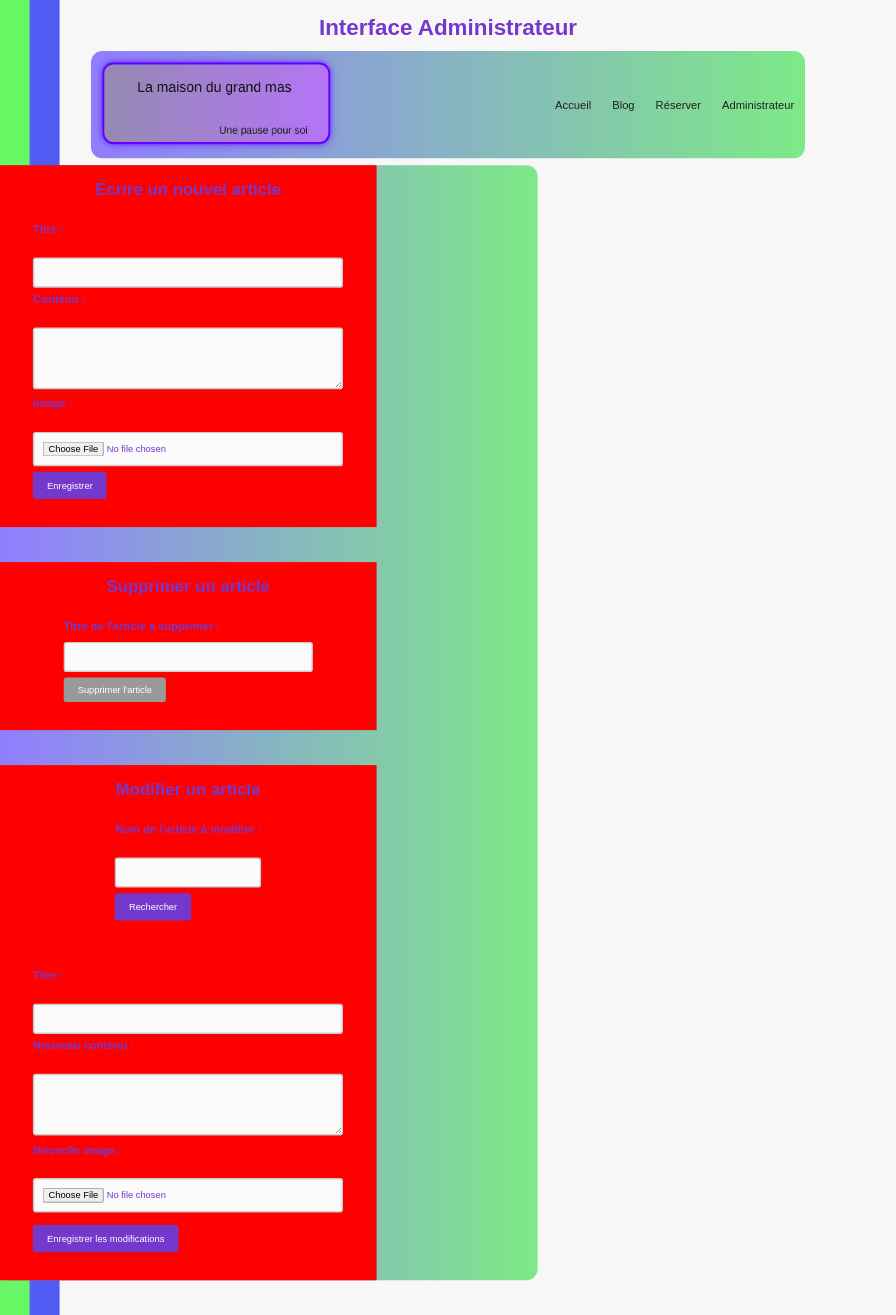
Repository: Crosnierpaul/Les_Rangers_de_Pouvoir
Page: http://localhost/adminBlog
The author's editor kept a copy of each file at every save. The page is drawn from the files as they stood at one save, then again after a run of saves.
The browser window is 1280 px wide. The pictures show the whole page, at 70% of full size.
Backgrounds fixed to the window are drawn as part of the page. The page is served by the project's Node server (site/server.js). Other server files are loaded and not shown.

Above is the page before, as saved 2024-05-07 16:51:39.

### site/public/views/blogAdmin.ejs
<!DOCTYPE html>
<html lang="fr">
<head>
    <meta charset="UTF-8">
    <meta name="viewport" content="width=device-width, initial-scale=1.0">
    <title>Interface Administrateur</title>
    <link rel="stylesheet" href="/css/style.css">
    <link rel="stylesheet" href="/css/blogAdmin.css">
    <!-- Utilisation du chemin absolu pour le fichier CSS -->
</head>
<body>
        <h1>Interface Administrateur</h1>
        <%- include('navbarAdmin') %>

        <div class="container">
    <section>
        <h2>Ecrire un nouvel article</h2>
        <form id="articleForm">
            <label for="title">Titre :</label><br>
            <input type="text" id="title" name="title" required><br>
            <label for="content">Contenu :</label><br>
            <textarea id="content" name="content" rows="4" cols="50" required></textarea><br>
            <label for="image">Image :</label><br>
            <input type="file" id="image" name="image"><br>
            <input type="submit" value="Enregistrer">
        </form>
    </section>

    <section>
        <h2>Supprimer un article</h2>
         <form id="deleteArticleForm">
            <label for="articleTitleToDelete">Titre de l'article à supprimer :</label>
            <input type="text" id="articleTitleToDelete" name="articleTitleToDelete">
            <button type="submit">Supprimer l'article</button>
        </form>
    </section>

    <section >
        <h2>Modifier un article</h2>
        <form id="searchArticleForm">
            <label for="searchTitle">Nom de l'article à modifier :</label><br>
            <input type="text" id="searchTitle" name="searchTitle" required><br>
            <input type="submit" value="Rechercher">
        </form>

        <form id="editArticleForm">
            <label for="editTitle">Titre :</label><br>
            <input type="text" id="editTitle" name="editTitle" readonly required><br>
            <label for="editContent">Nouveau contenu :</label><br>
            <textarea id="editContent" name="editContent" rows="4" cols="50" required></textarea><br>
            <label for="editImage">Nouvelle image :</label><br>
            <input type="file" id="editImage" name="editImage"><br>
            <input type="submit" value="Enregistrer les modifications" id="saveChanges">
        </form>
    </section>
</div>

    <script src="/js/blogAdmin.js"></script> <!-- Utilisation du chemin absolu pour le fichier JavaScript -->
</body>
</html>

### site/public/views/navbarAdmin.ejs
<!DOCTYPE html>
<html lang="fr">
<head>
    <meta charset="UTF-8">
    <meta name="viewport" content="width=device-width, initial-scale=1.0">
    <title>Navbar</title>
    <link href="/css/navbar.css" rel="stylesheet">
</head>
<body>
    <header>
        <nav class="navbar navbar-expand-md navbar-light">
            <div class="container">
                <!-- Ajouter le bouton de bascule pour les petits écrans
                <button class="navbar-toggler" type="button" data-toggle="collapse" data-target="#navbarSupportedContent" aria-controls="navbarSupportedContent" aria-expanded="false" aria-label="Toggle navigation">
                    <span class="navbar-toggler-icon"></span>
                </button> -->
                <div class="collapse navbar-collapse justify-content-center" id="navbarSupportedContent">
                    <ul class="navbar-nav d-flex justify-content-start">
                        <li id="liLogo">
                            <img id="logo" src="/images/logo.png"/>
                        </li>
                        <li class="nav-item">
                            <a class="nav-link" href="/">Accueil</a>
                        </li>
                        <li class="nav-item">
                            <a class="nav-link" href="/blog">Blog</a>
                        </li>
                        <li class="nav-item">
                            <a class="nav-link" href="/entretien">Réserver</a>
                        </li>
                        <li class="nav-item">
                            <a class="nav-link" href="/admin">Administrateur</a>
                        </li>
                        </ul>
                    </div>
                </div>
            </div>
        </nav>
    </header>

    <!-- Inclure jQuery (requis pour Bootstrap JavaScript)
    <script src="https://ajax.googleapis.com/ajax/libs/jquery/3.5.1/jquery.min.js"></script>
    Inclure Bootstrap JavaScript
    <script src="https://stackpath.bootstrapcdn.com/bootstrap/4.5.2/js/bootstrap.bundle.min.js"></script> -->
</body>
</html>

<script>
    // Attendez que le DOM soit chargé
    document.addEventListener("DOMContentLoaded", function() {
        // Récupérez l'URL de la page actuelle
        var currentLocation = window.location.href.substring("http://localhost:3000".length);

        // Sélectionnez tous les liens de la navbar
        var navLinks = document.querySelectorAll('.navbar-nav .nav-item');

        // Parcourez chaque lien pour vérifier s'il correspond à la page active
        navLinks.forEach(function(navItem) {
            var link = navItem.querySelector('.nav-link');
            var linkHref = link.getAttribute('href');

            // Vérifiez si l'URL de la page actuelle correspond à l'URL du lien dans la navbar
            if (currentLocation === linkHref) {
                // Ajoutez la classe 'active' à l'élément parent (li) correspondant
                navItem.classList.add('active');
            }
        });
    });
</script>

### site/server.js
const express = require('express');
const mongoose = require('mongoose');
const semainesRoutes = require('./routes/semainesRoutes');
const articleRoutes = require('./routes/articleRoutes');
const reservationsRoutes = require('./routes/reservationsRoutes');
const entretienRoutes = require('./routes/entretienRoutes');
const path = require('path');

const app = express();
const PORT = process.env.PORT || 3000;

//----------- Connect to MongoDB -----------//
mongoose.connect('mongodb://localhost:27017/siteDB', { useNewUrlParser: true, useUnifiedTopology: true })
    .then(() => {
        console.log('Connected to MongoDB');
        app.listen(PORT, () => {
            console.log(`Server is running on port ${PORT}`);
        });
    })
    .catch(err => console.error('Error connecting to MongoDB:', err));

//----------- Middleware -----------//
app.use(express.json());

app.use(express.static(path.join(__dirname, 'public')));

//----------- View engine setup -----------//
app.set('views', path.join(__dirname, 'public', 'views'));

app.set('view engine', 'ejs');

//----------- Routes -----------//
app.use('/semaines', semainesRoutes);
app.use('/reservations', reservationsRoutes);
app.use('/articles', articleRoutes);
app.use('/entretiens', entretienRoutes);

app.get('/', (req, res) => {
    res.render('index');
});

app.get('/blog', (req, res) => {
    res.render('blog');
});

app.get('/reservation', (req, res) => {
    res.render('reservation');
});

app.get('/admin', (req, res) => {
    res.render('admin');
});

app.get('/adminBlog', (req, res) => {
    res.render('blogAdmin');
});

app.get('/adminReservation', (req, res) => {
    res.render('reservationAdmin');
});

app.get('/entretien', (req, res) => {
    res.render('entretien');
});

app.get('/adminEntretien', (req, res) => {
    res.render('entretienAdmin');
});

app.get('/adminAccueil', (req, res) => {
    res.render('accueilAdmin');
});

### site/public/css/style.css

body {
    font-family: Arial, sans-serif;
    margin: 20px;
    padding: 0;
    background-image: url(../images/layered-waves-haikei.png);
    background-size: cover;
    background-repeat: no-repeat;
    background-attachment: fixed;
}

h1, h2 {
    text-align: center;
    margin-bottom: 5px;
    color: #7439cc;
}


form {
    margin-bottom: 30px;
}

label {
    display: block;
    margin-bottom: 5px;
    color: #7439cc;
}

input[type="text"],
textarea,
input[type="file"] {
    width: 100%;
    padding: 10px;
    margin-bottom: 15px;
    border: 1px solid #191919;
    border-radius: 4px;
    box-sizing: border-box;
    background-color: #fbfbfb;
    color: #7439cc;
}

input[type="submit"],
button[type="submit"] {
    display: inline-block;
    background-color: #999;
    color: #fff;
    padding: 10px 20px;
    margin-bottom: 10px;
    border: none;
    border-radius: 4px;
    cursor: pointer;
}

input[type="submit"]:hover,
button[type="submit"]:hover {
    background-color: #ccc;
    color: #333;
}

#clearArticles,
#deleteArticle {
    margin-right: 10px;
}

@media (max-width: 480px) {
    #deleteArticle,
    #deleteLastArticle {
        width: 100%;
        display: block;
        margin-right: 0;
    }
}

#articlesList {
    background-color: #333;
}

/*------------------------- CONTAINER ET INFOS INFOS ACCUEIL ---------------------------------------------*/

.bordertitle {
    border-bottom: 4px solid #e9de02;
    border-top: 4px solid #e9de02;
    box-shadow: #e9de024e -5px 5px, rgba(240, 46, 170, 0.3) -10px 10px, rgba(240, 46, 170, 0.2) -15px 15px, rgba(240, 46, 170, 0.1) -20px 20px, rgba(240, 46, 170, 0.05) -25px 25px;
}


.containerindex {
    display: flex;
    flex-direction: column;
    min-width: 40em;
    max-width: 120em;
    align-items: center;
    border-radius: 48px 10px 46px 10px;
    -webkit-border-radius: 48px 10px 46px 10px;
    -moz-border-radius: 48px 10px 46px 10px;
    background-image: url(../images/blob-scene-haikei.png);
    background-repeat: no-repeat;
    background-size: cover;
}
.row {
    display: flex;
    justify-content: center; /* Espacement égal entre les éléments */
    width: 100%;
}

.card {
    --background: linear-gradient(to left, #7439cc 0%, #1ae42b 100%);
    max-width: 100%;
    max-height: 100%;
    padding: 5px;
    border-radius: 1rem;
    overflow: visible;
    background: #f7ba2b;
    background: var(--background);
    position: relative;
    z-index: 1;
    margin: 20px;
    margin-top: 15px;
}

.card::after {
    position: absolute;
    content: "";
    top: 30px;
    left: 0;
    right: 0;
    z-index: -1;
    height: 100%;
    width: 100%;
    transform: scale(0.8);
    filter: blur(25px);
    background: #f7ba2b;
    background: var(--background);
    transition: opacity .5s;
}

.card-info {
    --color: #f4f4f4;
    background: var(--color);
    color: var(--color);
    display: flex;
    flex-direction: column; /* Affichage en colonnes */
    justify-content: center;
    align-items: center;
    width: 100%;
    height: 100%;
    overflow: visible;
    border-radius: .7rem;
}

.card .title {
    font-weight: bold;
}

/*Hover*/
.card:hover::after {
    opacity: 0;
}

.card:hover .card-info {
    color: #f7ba2b;
    transition: color 1s;
}

/* Ajouter un espace de 25px entre les deux cartes du haut */
.row:first-child .col-6 {
    margin-right: 25px;
}

/* Centrer la carte du bas */
.row:last-child {
    justify-content: center;
}

.row {
    display: flex;
    justify-content: center;
    width: 100%;
    flex-direction: row;
    flex-wrap: nowrap;
    align-content: center;
    align-items: center;
}


/*------------------------- ONEPAGE ---------------------------------------------*/

body {
    font-family: Arial, sans-serif;
    margin: 0;
    padding: 0;
    box-sizing: border-box;
    overflow-x: hidden; /* Empêche le défilement horizontal d'apparaître */
}

.navbarHori {
    position: fixed;
    top: 50%; /* Positionne la barre de navigation à 50% du haut de la fenêtre */
    transform: translateY(-50%); /* Déplace la barre de navigation vers le haut de moitié de sa propre hauteur */
    right: 10px; /* Ajoute un espace à droite pour éviter le chevauchement avec la barre de défilement */
    width: 20px; /* Largeur réduite de la barre de navigation */
    height: calc(100vh - 50vh); /* Hauteur de la barre de navigation (100% de la hauteur moins 50% de la hauteur) */
    background-color: rgb(156, 255, 164);
    display: flex;
    flex-direction: column;
    align-items: center;
    justify-content: center;
    border-radius: 15px;
    opacity: 0.2; /* Définit l'opacité initiale à 0 (invisible) */
    transition: opacity 0.3s ease; /* Ajoute une transition sur l'opacité */
}

.navbarHori:hover {
    opacity: 1; /* Rend la barre de navigation visible au survol */
}

.navbarHori a {
    text-decoration: none;
    margin-bottom: 18px; /* Réduit légèrement l'espacement entre les points */
    width: 10px; /* Largeur réduite du point */
    height: 10px; /* Hauteur réduite du point */
    border-radius: 50%; /* Pour rendre le point rond */
    background-color: #fff;
    display: flex;
    align-items: center;
    justify-content: center;
    transition: transform 0.2s ease; /* Ajoute une transition sur la propriété transform */
}

.navbarHori a:hover {
    transform: scale(0.9); /* Réduit légèrement la taille du point au survol */
}

.navbarHori a:active {
    transform: scale(0.8); /* Réduit davantage la taille du point lorsque pressé */
    /* background-color: #666; /* Change la couleur de fond du point lorsque pressé */
    opacity: 0;
}

.baniere {
    display: flex;
    flex-direction: column;
    align-items: center;
    justify-content: center;
    padding: 50px;
    margin: 1em;
    background-image: url(https://www.barnes-international.com/images/titres_personnalises/-titre-lhYBl.jpg);
    height: 60vh;
    border-radius: 1em;
}

.section {
    display: flex;
    flex-direction: column;
    align-items: center;
    padding: 50px;
    margin-top: 80px;
    /* background-image: url(https://img.freepik.com/vecteurs-premium/fond-remplissage-motif-repetition-sans-soudure_74869-1234.jpg?size=626&ext=jpg&ga=GA1.1.1413502914.1713571200&semt=ais); */
    /* --background: linear-gradient(to bottom, #ffffff 0%, #999999 100%);
    background: var(--background); */
    background-color: #eeeeee00;
    max-height: 400vh;
    min-height: 100vh;
}

.section h1 {
    text-align: center;
    margin-top: -20px;
    margin-bottom: 20px;
    color : #7439cc;
}

.section ul {
    list-style-type: none;
    padding: 0;
    margin: 0;
}

.section ul li {
    margin-right: 1em;
    margin-left: 1em;
    position: relative;
    padding-left: 20px;
    margin-bottom: 8px;
    font-size: 18px; /* Taille de texte ajustée */
    line-height: 1.6;
    color: #7439cc;
    font-family: "Arial", sans-serif; /* Changement de police */
}

/* Affiche la section correspondante lorsqu'un point est survolé */
.navbarHori a:hover::before {
    content: attr(data-section); /* Affiche le nom de la section */
    position: absolute;
    right: 180%; /* Positionne le texte à gauche de la barre de navigation */
    background-color: rgba(255, 255, 255, 0.9); /* Couleur de fond du texte */
    padding: 5px;
    border-radius: 5px;
    font-size: 14px;
    white-space: nowrap;
}

@media (max-width: 768px) { /* Ajout de la règle media query pour les tailles de vue inférieures à 768px, qui est généralement utilisée pour les tablettes et les téléphones */
    .navbarHori {
        position: fixed;
        top: 50%;
        transform: translateY(-50%); /* Déplace la barre de navigation vers le haut de moitié de sa propre hauteur */
        height: auto;
        transform: none; /* Supprime la transformation de translation */
        opacity: 1; /* Rend la barre de navigation toujours visible */
        background-color: rgb(156, 255, 164); /* Couleur de fond */
    }

    .navbarHori:hover,
    .navbarHori a:hover,
    .navbarHori a:active {
        transform: none; /* Supprime la transformation au survol ou à l'activation */
        opacity: 1; /* Rend la barre de navigation toujours visible */
    }

    .navbarHori a::before {
        display: none; /* Cache le texte de section avant le survol */
    }
}

#articlesList div {
    background-color: #f9f9f9;
    border-radius: 1em;
    margin: 1em;
    padding-top: 2vh;
    padding-bottom: 2vh;
    padding-left: 5vh;
    padding-right: 5vh;
}

#articlesList p, #articlesList h2 {
    color: #7439cc;
}

#articlesList {
    background-color: transparent;
}

### site/public/css/blogAdmin.css

/* Style pour le formulaire d'ajout d'article */
#articleForm {
    margin-top: 30px;
}

/* Style pour le formulaire de suppression d'article */
#deleteArticleForm {
    margin-top: 30px;
}

/* Style pour le formulaire de recherche d'article */
#searchArticleForm {
    margin-top: 30px;
}

/* Style pour le formulaire de modification d'article */
#editArticleForm {
    margin-top: 30px;
}

/* Style pour les étiquettes des formulaires */
label {
    font-weight: bold;
}
/* Styles pour les sections */
section {
    margin-bottom: 50px;
    width: 70%;
    display: flex;
    flex-direction: column;
    align-items: center;
    background-color: red;
}

/* Style pour les titres des sections */
h1, h2 {
    text-align: center;
}

/* Style pour les champs de saisie et les zones de texte */
input[type="text"],
input[type="file"],
textarea {
    width: 100%;
    padding: 12px;
    margin: 8px 0;
    box-sizing: border-box;
    border: 2px solid #ccc;
    border-radius: 4px;
    outline: none;
    transition: border-color 0.3s;
}

/* Style pour les champs de saisie et les zones de texte au survol */
input[type="text"]:focus,
input[type="file"]:focus,
textarea:focus {
    border-color: #7439cc;
}

/* Style pour les boutons */
input[type="submit"],
button {
    background-color: #7439cc;
    color: white;
    padding: 12px 20px;
    border: none;
    border-radius: 4px;
    cursor: pointer;
    transition: background-color 0.3s;
}

/* Style pour les boutons au survol */
input[type="submit"]:hover,
button:hover {
    background-color: #5f2982;
}
/* Style pour les boutons de modification */
#saveChanges {
    margin-top: 10px;
}

/* Style pour les messages d'erreur */
.error {
    color: red;
    margin-top: 5px;
}

### site/public/css/navbar.css
.start-header {
	opacity: 1;
	transform: translateY(0);
	padding: 20px 0;
	box-shadow: 0 10px 30px 0 rgba(138, 155, 165, 0.15);
	-webkit-transition : all 0.3s ease-out;
	transition : all 0.3s ease-out;
}

.start-header.scroll-on {
	box-shadow: 0 5px 10px 0 rgba(138, 155, 165, 0.15);
	padding: 10px 0;
	-webkit-transition : all 0.3s ease-out;
	transition : all 0.3s ease-out;
}

.start-header.scroll-on .navbar-brand img{
	height: 24px;
	-webkit-transition : all 0.3s ease-out;
	transition : all 0.3s ease-out;
}

.navigation-wrap{
	position: fixed;
	width: 100%;
	top: 0;
	left: 0;
	z-index: 1000;
	-webkit-transition : all 0.3s ease-out;
	transition : all 0.3s ease-out;
}

.navbar {
    padding: 10px 0;
    display: flex;
    justify-content: center;
	margin-left: 1em;
  	margin-right: 1em;
}

.navbar-toggler {
	float: right;
	border: none;
	padding-right: 0;
	padding-left: 0;

}

.navbar-toggler:active,
.navbar-toggler:focus {
	outline: none;
}

.navbar-light .navbar-toggler-icon {
	width: 24px;
	height: 17px;
	background-image: none;
	position: relative;
	border-bottom: 1px solid #000;
    transition: all 300ms linear;
}

.navbar-light .navbar-toggler-icon:after,
.navbar-light .navbar-toggler-icon:before{
	width: 24px;
	position: absolute;
	height: 1px;
	background-color: #000;
	top: 0;
	left: 0;
	content: '';
	z-index: 2;
    transition: all 300ms linear;
}

.navbar-light .navbar-toggler-icon:after{
	top: 8px;
}

.navbar-toggler[aria-expanded="true"] .navbar-toggler-icon:after {
	transform: rotate(45deg);
}

.navbar-toggler[aria-expanded="true"] .navbar-toggler-icon:before {
	transform: translateY(8px) rotate(-45deg);
}

.navbar-toggler[aria-expanded="true"] .navbar-toggler-icon {
	border-color: transparent;
}

.nav-link{
	color: #212121 !important;
	font-weight: 500;
    transition: all 200ms linear;
}

.nav-item.active .nav-link{
	color: #7439cc  !important;
}

/* LIGNE SOUS LIEN APRES SOURIS DESSUS */

.nav-link {
	position: relative;
	padding: 5px 0 !important;
	display: inline-block;
}

.nav-item:after {
	position: absolute;
	bottom: -5px;
	left: 0;
	width: 100%;
	height: 2px;
	content: '';
	background-color: #7439cc ;
	opacity: 0;
    transition: all 200ms linear;
}

/* FIN LIGNE SOUS LIEN */

.nav-item:hover:after{
	bottom: 0;
	opacity: 1;
}

.nav-item.active:hover:after{
	opacity: 0;
}

.nav-item {
    position: relative;
    transition: all 200ms linear;
    padding: 1em;
    text-align: center;
}

/* .nav-item.active .nav-link {
    color: #007bff; /* Changez cette couleur pour mettre en évidence l'élément actif
} */

.navbar-brand {
    margin-right: auto;
    margin-left: auto;
}

/* Ajoutez ces styles pour supprimer les puces des éléments li */
.navbar-nav {
    display: flex;
    justify-content: center;
    align-items: center;
    padding-left: 0; /* Supprime le décalage à gauche de la liste */
}

.navbar-nav .nav-item {
    padding: 0 15px;
    list-style: none; /* Supprime les puces */
}

.navbar-nav .nav-link {
    color: #212121 !important;
    font-weight: 500;
    transition: all 200ms linear;
}

.navbar-nav .nav-item:hover .nav-link {
    color: #7439cc !important;
}

/* Modifiez les styles des liens de navigation pour ressembler à du texte normal */
.nav-link {
    color: #212121 !important;
    font-weight: 500;
    transition: all 200ms linear;
    text-decoration: none; /* Supprime le soulignement par défaut des liens */
    cursor: pointer; /* Change le curseur en pointeur au survol */
}

.container {
	--background: linear-gradient(to right, #917dff 0%, #7ee987 100%);
    margin: 0px;
	min-height: 15vh;
	min-width: 60%;
	max-width: max-content;
	background: var(--background);
	border-radius: 1em;
}

.purple {
	color: #7439cc;
}

#logo {
	width: 20em;
	border: 3.5px solid #6600ff;
	border-radius: 1em;
	margin-left:  1em;
	margin-right: 19.1em;
	--background: linear-gradient(to right, #948ab1 0%, #b574f6 100%);
	background: var(--background);
	box-shadow: 0 0 10px 0 rgb(106, 43, 255);
}

#liLogo {
    list-style: none;
}

.nav-item.active:after {
	position: absolute;
	bottom: 0;
	left: 0;
	width: 100%;
	height: 2px;
	content: '';
	background-color: #7439cc ;
	opacity: 1;
}

.rs {
	margin-left: 18em;
	display: inherit;
}

.rs .nav-item {
	margin-left: 5px;
	margin-right: 5px;
}

/* Styles pour les écrans plus petits que 768px */
@media (max-width: 1000px) {
    .navbar {
        flex-direction: column; /* Afficher les éléments de la navbar en colonne */
        align-items: center; /* Centrer les éléments */
    }

    .navbar-nav {
        flex-direction: column; /* Afficher les éléments de la navbar en colonne */
        align-items: center; /* Centrer les éléments */
    }

    .navbar-toggler {
        order: -1; /* Mettre le bouton de bascule en haut */
        margin-bottom: 10px; /* Ajouter un espace entre le bouton de bascule et les liens */
    }

    .rs {
        margin-left: 0; /* Réinitialiser la marge pour les icônes de réseaux sociaux */
        text-align: center; /* Centrer les icônes de réseaux sociaux */
    }
}

/*Styles pour les écrans plus petits que 576px */
@media (max-width: 576px) {
    .navbar-brand {
        margin: 0; /* Réinitialiser la marge pour le logo */
    }

    #logo {
        width: 98.3%; /* Faire en sorte que le logo occupe toute la largeur */
        margin: 0; /* Réinitialiser la marge */
    }

    .rs {
        display: flex; /* Afficher les icônes de réseaux sociaux en ligne */
        justify-content: center; /* Centrer les icônes de réseaux sociaux */
    }

    .rs .nav-item {
        margin: 0 5px; /* Ajouter un espacement horizontal entre les icônes de réseaux sociaux */
    }
}

.tel {
	margin-top: 5px;
}

Loaded but not shown: site/public/js/blogAdmin.js (188 lines, source omitted)

After the next 3 saves:
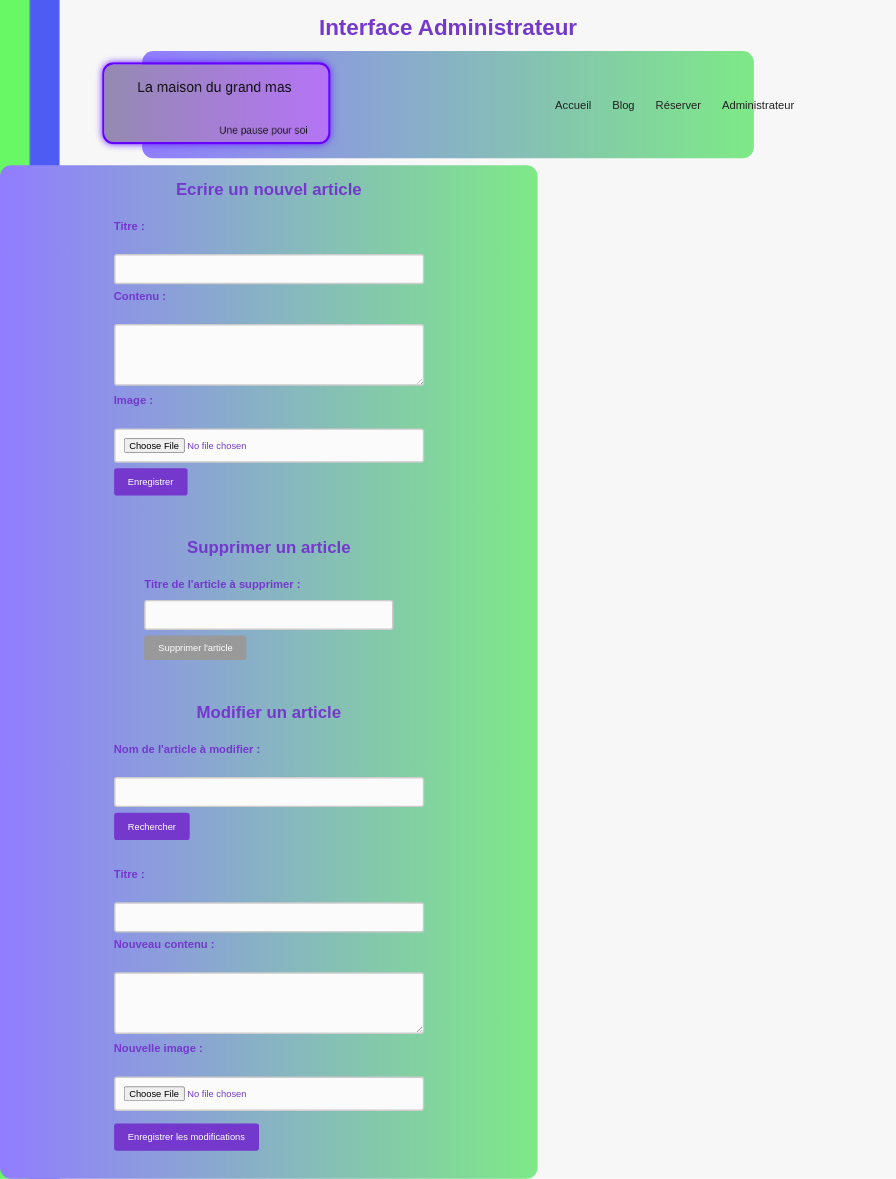
The 3 saves are shown as one change because they came seconds apart.
The last was saved 11 s later.
--- a/site/public/css/blogAdmin.css
+++ b/site/public/css/blogAdmin.css
@@ -24,7 +24,7 @@ label {
     font-weight: bold;
 }
 /* Styles pour les sections */
-section {
+.container {
     margin-bottom: 50px;
     width: 70%;
     display: flex;
